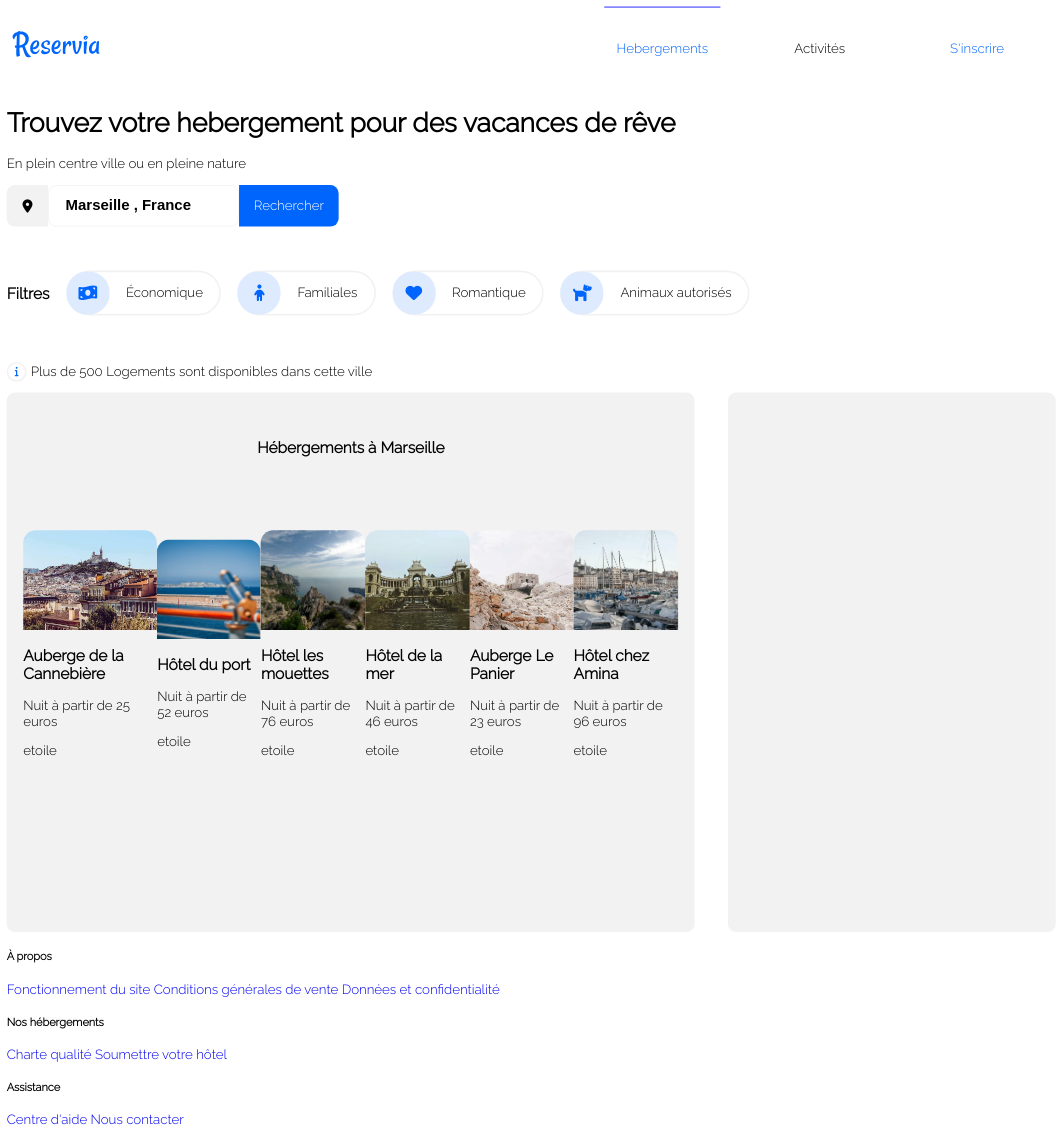
Repository: jaydeeonghub/DYLANBARBARISI_2_16062021
Page: index.html
The author's editor kept a copy of each file at every save. The page is drawn from the files as they stood at one save, then again after the next save.
The browser window is 1280 px wide. The pictures show the whole page, at 83% of full size.
Some web libraries are served in a nearby version.

Above is the page before, as saved 2021-07-13 19:48:50.

### index.html
<!DOCTYPE html>
<html lang="fr">
<head>
    <script src="https://kit.fontawesome.com/864c7a6a3c.js" crossorigin="anonymous"></script>
    <link href="//netdna.bootstrapcdn.com/font-awesome/3.2.1/css/font-awesome.css" rel="stylesheet">
    <link rel="preconnect" href="https://fonts.gstatic.com">
    <link href="https://fonts.googleapis.com/css2?family=Raleway:wght@300&display=swap" rel="stylesheet">
    <link rel="stylesheet" href="./Styles.css">
        <meta charset="UTF-8">
        <meta http-equiv="X-UA-Compatible" content="IE=edge">
        <meta name="viewport" content="width=device-width, initial-scale=1.0">
    <title>Reservia</title>
</head>
<body>
    <header>
    <div class="Barre_de_navigation"> <!--Barre de navigation-->
        <div>
        <img
             class="marglogo"
             src="Assets/Logo/Reservia@3x.png"
             alt="Logo Reservia Responsive"
             srcset="Assets/Logo/Reservia.svg"
             width="120px"
             height="50px"
        />
    </div>
<nav class="LiensNav flexAround">
        <div class=" LiensNav2 flexCentre bordureNav">
        <a class="colorBleu decorationNone" href="#Hebergements">Hebergements</a>
    </div>
        <div class="LiensNav2 flexCentre">
        <a class="LiensColor2 decorationNone" href="#Activités">Activités</a>
    </div>
        <div class="LiensNav2 flexCentre">
            <a class="colorBleu decorationNone" href="#S'inscrire">S'inscrire</a></div>
    </nav>
    </header>
<main>
    <h1 class="texteGras">
    Trouvez votre hebergement pour des vacances de rêve
    </h1> <!--Titre d'accroche de la landing page-->
    <p>En plein centre ville ou en pleine nature</p>
    <div class="filtre margFiltreTitre">
        <div class="backGris flexCentre iconSize">
            <i class="fas fa-map-marker-alt"></i></div>
        <div>
            <input
                class="recherche flexCentre bordureSearch paddingSearch"
                type="search"
                value="Marseille , France"
                />
            </div>
        <div class="backBleu flexCentre buttonSearch">Rechercher</div>
          </div>
          <div class="filtre margFiltre">
              <div class="margFiltreTitre"><h3>Filtres</h3></div>
          <div class="flexBetween filtreTexteIcons">
              <i class="fas fa-money-bill-wave fa-lg filtreIcons flexCentre"></i>
              <div class="filtreTexte flexCentre">Économique</div>
          </div>
          <div class="flexBetween filtreTexteIcons">
              <i class="fas fa-child fa-lg filtreIcons flexCentre"></i>
              <div class="filtreTexte flexCentre">Familiales</div>
          </div>
          <div class="flexBetween filtreTexteIcons">
              <i class="fas fa-heart fa-lg filtreIcons flexCentre"></i>
              <div class="filtreTexte flexCentre">Romantique</div>
          </div>
          <div class="flexBetween filtreTexteIcons">
              <i class="fas fa-dog fa-lg filtreIcons flexCentre"></i>
              <div class="filtreTexte flexCentre">Animaux autorisés</div>
          </div>
        </div>
    <div class="info">
        <div class="parentIcon flexCentre">
        <i class="fas fa-info fa-xs colorBleu"></i>
        </div>
    <p>Plus de 500 Logements sont disponibles dans cette ville</p> <!--Nombre approximatif de logements disponibles aux alentours-->
    </div>
    <section class="flexAround">
        <div class="flexColumnAround sizeHebergements backGris blocHebergements">
            <h3>Hébergements à Marseille</h3>
            <div class="bloc1 flexBetween">
                <div>
                    <div class="imgHebergements1"></div>
                    <div>
                        <h3>Auberge de la Cannebière</h3>
                        <p>Nuit à partir de 25 euros</p>
                        <div>etoile</div>
                    </div>
                </div>
                <div>
                    <div class="imgHebergements2"></div>
                    <div class="cubeHebergements">
                        <h3>Hôtel du port</h3>
                        <p>Nuit à partir de 52 euros</p>
                        <div>etoile</div>
                    </div>
                </div>
                <div>
                    <div class="imgHebergements3"></div>
                    <div>
                        <h3>Hôtel les mouettes</h3>
                        <p>Nuit à partir de 76 euros</p>
                        <div>etoile</div>
                    </div>
                </div>
                <div class="bloc2 flexBetween">
                    <div>
                        <div class="imgHebergements4"></div>
                        <div>
                            <h3>Hôtel de la mer</h3>
                            <p>Nuit à partir de 46 euros</p>
                            <div>etoile</div>
                        </div>
                    </div>
                    <div>
                        <div class="imgHebergements5"></div>
                        <div>
                            <h3>Auberge Le Panier</h3>
                            <p>Nuit à partir de 23 euros</p>
                            <div>etoile</div>
                        </div>
                    </div>
                    <div>
                        <div class="imgHebergements6"></div>
                        <div>
                            <h3>Hôtel chez Amina</h3>
                            <p>Nuit à partir de 96 euros</p>
                            <div>etoile</div>
                        </div>
                    </div>
                </div>
                </div>
                <div></div>
                <p></p>
    </div>
    <div class="sizePopulaires backGris"></div>
    </section>
    </main>
    <footer>
        <h5>À propos</h5>
            <a href="#Fonctionnementdusite">Fonctionnement du site</a>
            <a href="#CGV">Conditions générales de vente</a>
            <a href="Confidentialité">Données et confidentialité</a>
        <h5>Nos hébergements</h5>
            <a href="#chartequalité">Charte qualité</a>
            <a href="#Soumettrehôtel">Soumettre votre hôtel</a>
        <h5>Assistance</h5>
            <a href="#Centre d'aide">Centre d'aide</a>
            <a href="#Contact">Nous contacter</a>
    </footer>


</body>
</html>

### Styles.css
*
html,body {font-family: Raleway;}

li {display: inline;}

a {text-decoration: none;}

.flexCentre {

    display: flex;
    justify-content: center;
    align-items: center;
}

.flexAround {

    display: flex;
    justify-content: space-around;
    align-items: center;
}
.flexBetween {
    display: flex;
    justify-content: space-between;
    align-items: center;
}
.flexColumnCentre {

    display: flex;
    flex-direction: column;
    justify-content: center;
    align-items: center;
}

.flexColumnAround {

    display: flex;
    flex-direction: column;
    justify-content: space-around;
    align-items: center;
}
.flexColumnBetween {
    display: flex;
    flex-direction: column;
    justify-content: space-between;
    align-items: center;
}

/* NAV */

.Barre_de_navigation {
    display: flex;
    justify-content: space-between;
    align-items: center;
    font-family: Raleway;
}
.bordureNav {
    border-top: 1px solid blue;
}
.bordureNav2 {
    border-top: 1px solid transparent;
}

.LiensNav {
    width: 45%;
}
.LiensNav2 {
    width: 140px;
    height: 99px;
}
.texteGras {

    font-weight: bold;
}
.sizeNav {
    height: 100px;
}
.LiensColor2 {
    color: black;
}
.marglogo {
    margin-bottom: 7px;
}

/* Colors */

.colorBleu {
    color: #0065fc;
}
.colorBleuClair {
    color: #deebff
}
.colorGris {
    color: #f2f2f2
}
.backBleu {
    background-color: #0065fc;
}
.backBleuClair {
    background-color: #deebff
}
.backGris {
    background-color: #f2f2f2
}

/* HEADER*/

.bordureSearch {
    width: 400px;
    border-radius: 10px;
    border: 0.5px solid #f2f2f2;
}
.paddingSearch {
    padding-left: 20px;
}
.recherche {
    height: 50px;
    width: 230px;
    font-size: 18px;
    color: black;
    font-weight: bold
}
.iconSize {
    height: 50px;
    width: 50px;
    border-radius: 10px 0 0 10px;
}
.buttonSearch {
    height: 50px;
    width: 120px;
    color: white;
    cursor: pointer;
    border-radius: 0 10px 10px 0;
}

/* Filtres */

.filtre {
    display: flex;
    align-items: center;
}
.margFiltre {
    margin-top: 50px;
    margin-bottom: 40px;
}
.margFiltreTitre {
    margin-right: 20px;
}
.filtreTexteIcons {
    border: 2px solid #f2f2f2;
    height: 50px;
    border-radius: 30px;
    margin-right: 20px;
}
.filtreIcons {
    margin-left: -2px;
    border-radius: 25px;
    width: 52px;
    height: 52px;
    color: #0065fc;
    background-color: #deebff;
}
.filtreTexteIcons:hover > .filtreTexte {
    color:#0065fc
}
.filtreTexteIcons:hover > .filtreIcons {
    color:white;
    background-color:#0065fc;
}
.filtreTexte {
    height: 50px;
    padding-left: 20px;
    padding-right: 20px;
    border-radius: 0 25px 25px 0;
}
.bordureNone {
    border-style: none
}
/*Info */

.info {
    display: flex;
    align-items:center
}
.parentIcon {
    width: 20px;
    height: 20px;
    border: 2px solid #f2f2f2;
    border-radius: 25px;
    margin-right:  5px;
}

/* Hebergements */

.sizePopulaires {
    flex: 1;
    height: 650px;
    margin-left: 20px;
    border-radius: 10px;
}
.sizeHebergements {
flex: 2;
height: 650px;
margin-right: 20px;
border-radius: 10px;
}
.imgHebergements1 {
    background-image: url("./Assets/Images/4_small/florian-wehde-xW9e8gdotxI-unsplash.jpg");
    background-size: cover;
    background-position: center;
    width: 100%;
    height: 120px;
    border-radius: 15px 15px 0 0;
}
.imgHebergements2 {
    background-image: url("./Assets/Images/4_small/kevin-hikari-rV_Qd1l-VXg-unsplash.jpg");
    background-size: cover;
    background-position: center;
    width: 100%;
    height: 120px;
    border-radius: 15px 15px 0 0;
}
.imgHebergements3 {
    background-image: url("./Assets/Images/4_small/kilyan-sockalingum-NR8-cBCN3aI-unsplash.jpg");
    background-size: cover;
    background-position: center;
    width: 100%;
    height: 120px;
    border-radius: 15px 15px 0 0;
}
.imgHebergements4 {
    background-image: url("./Assets/Images/4_small/lena-paulin-wH2-EJoDcV0-unsplash.jpg");
    background-size: cover;
    background-position: center;
    width: 100%;
    height: 120px;
    border-radius: 15px 15px 0 0;
}
.imgHebergements5 {
    background-image: url("./Assets/Images/4_small/paul-hermann-QFTrLdQIRhI-unsplash.jpg");
    background-size: cover;
    background-position: center;
    width: 100%;
    height: 120px;
    border-radius: 15px 15px 0 0;
}
.imgHebergements6 {
    background-image: url("./Assets/Images/4_small/reno-laithienne-QUgJhdY5Fyk-unsplash.jpg");
    background-size: cover;
    background-position: center;
    width: 100%;
    height: 120px;
    border-radius: 15px 15px 0 0;
}
.blocHebergements {
    padding-left: 20px;
    padding-right: 20px;
}

After the next save:
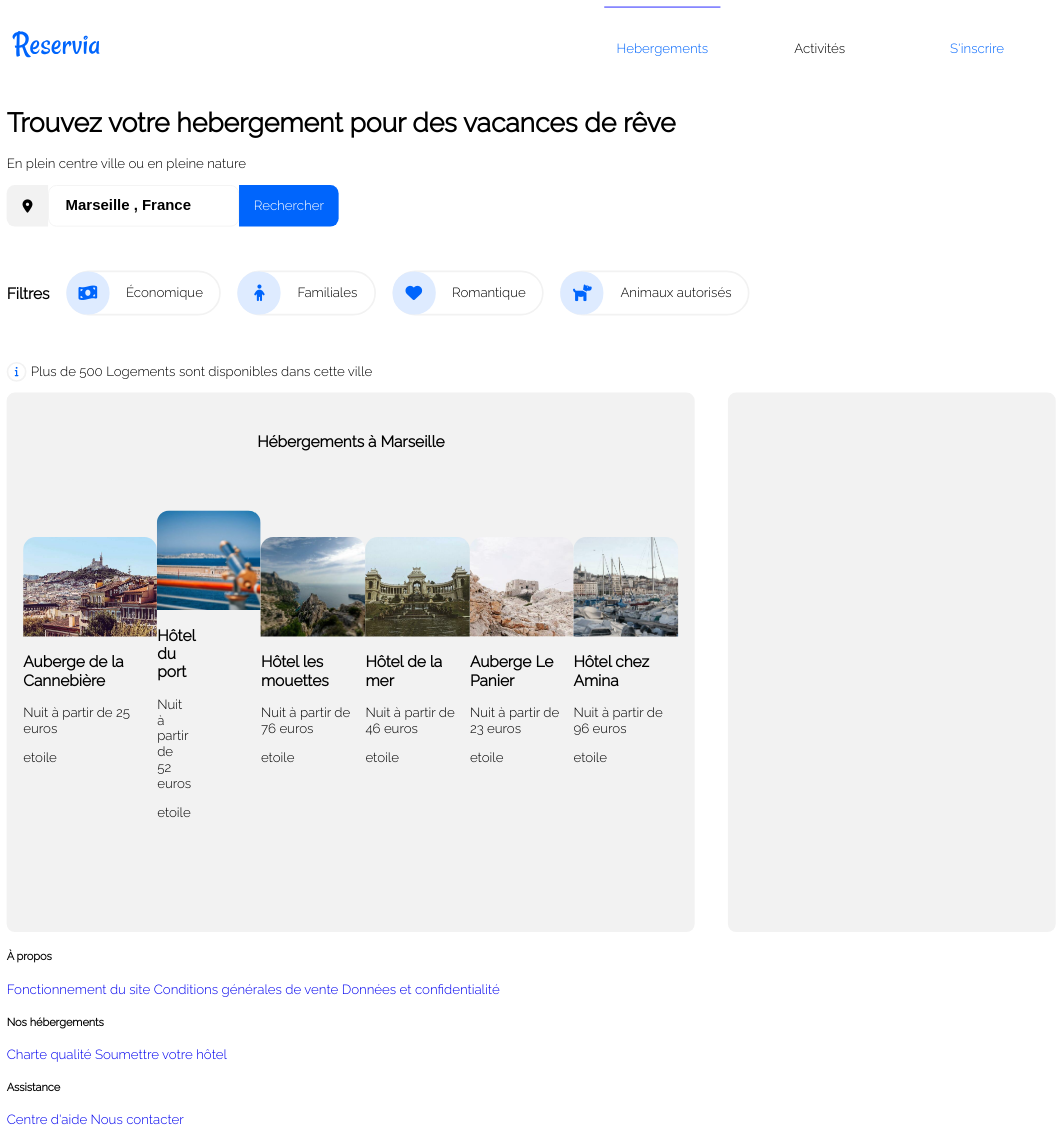
Saved 57 s later.
--- a/Styles.css
+++ b/Styles.css
@@ -255,3 +255,7 @@ border-radius: 10px;
     padding-left: 20px;
     padding-right: 20px;
 }
+.cubeHebergements {
+    width: 30%;
+    height: 200px;
+}
